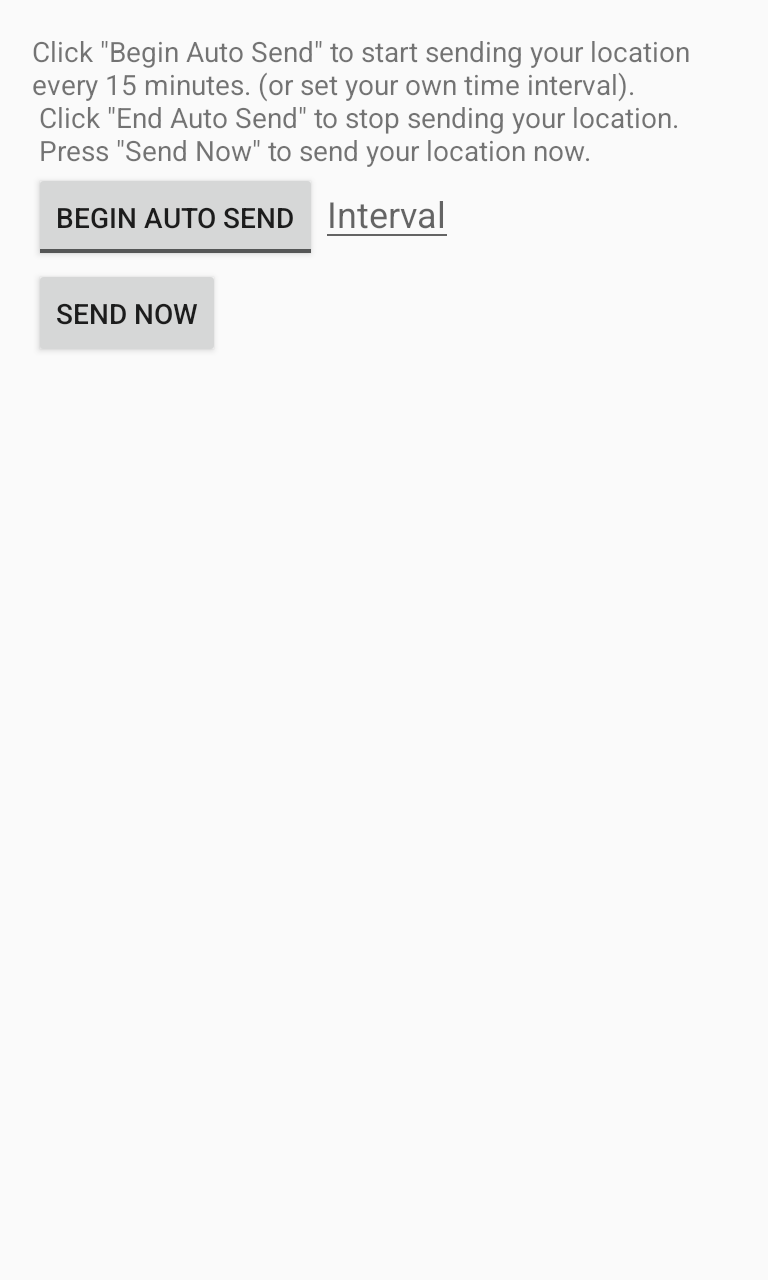
Repository: haidark/rahat
Layout: android/Rahat/res/layout/fragment_main.xml
The author's editor kept a copy of each file at every save. The layout is drawn from the files as they stood at one save, then again after the next save.
It is drawn on a 768 x 1280 px phone screen (xhdpi) without system bars, with theme AppTheme; the app's code is not run.

Above is the layout before, as saved 2014-05-02 04:07:18.

### android/Rahat/res/layout/fragment_main.xml
<LinearLayout xmlns:android="http://schemas.android.com/apk/res/android"
    xmlns:tools="http://schemas.android.com/tools"
    android:layout_width="match_parent"
    android:layout_height="match_parent"
    android:paddingBottom="@dimen/activity_vertical_margin"
    android:paddingLeft="@dimen/activity_horizontal_margin"
    android:paddingRight="@dimen/activity_horizontal_margin"
    android:paddingTop="@dimen/activity_vertical_margin"
    tools:context="com.example.rahat.MainActivity$PlaceholderFragment"
	android:orientation="vertical" >
    <TextView android:id="@+id/text_top"
	          android:layout_width="wrap_content"
	          android:layout_height="wrap_content"
	          android:text="@string/text_info" />

    <LinearLayout android:layout_width="wrap_content"
    			  android:layout_height="wrap_content"
    			  android:orientation="horizontal">

        <ToggleButton
            	android:id="@+id/togglebutton"
            	android:layout_width="wrap_content"
		        android:layout_height="wrap_content"
		        android:textOff="@string/button_start"
    			android:textOn="@string/button_stop"
		        android:onClick="toggleService" />

        <EditText android:id="@+id/edit_1"
        		  android:layout_width="wrap_content"
        		  android:layout_height="wrap_content"
        		  android:defaultValue="15"
        		  android:maxLength="2"
        		  android:inputType="number"
        		  android:hint="@string/edit_1" />

    </LinearLayout>

    <Button
        android:layout_width="wrap_content"
        android:layout_height="wrap_content"
        android:text="@string/button_send"
        android:onClick="sendLocation" />

    <ScrollView android:layout_width="fill_parent"
    			android:layout_height="wrap_content" >

	    <TextView android:id="@+id/text_1"
	        android:layout_width="wrap_content"
	        android:layout_height="wrap_content"
	        android:text="@string/text_scroll" />

	</ScrollView>

</LinearLayout>

### android/Rahat/res/values/strings.xml
<?xml version="1.0" encoding="utf-8"?>
<resources>

    <string name="app_name">Rahat</string>
    <string name="action_settings">Settings</string>
	<string name="edit_1">Interval</string>
	<string name="text_info">
	    Click \"Begin Auto Send\" to start sending your location every 15 minutes.
	    (or set your own time interval).\n
	    Click \"End Auto Send\" to stop sending your location.\n
	    Press \"Send Now\" to send your location now.
	    </string>
	<string name="text_scroll"></string>
	<string name="button_send">Send Now</string>
	<string name="button_start">Begin Auto Send</string>
	<string name="button_stop">End Auto Send</string>
	<string name="title_activity_main">MainActivity</string>
</resources>

Loaded but not shown: android/Rahat/res/values/styles.xml (common file); android/Rahat/res/values-v11/styles.xml (common file); android/Rahat/res/values-v14/styles.xml (common file); android/Rahat/res/values/dimens.xml (common file); android/Rahat/res/values-w820dp/dimens.xml (common file)

After the next save:
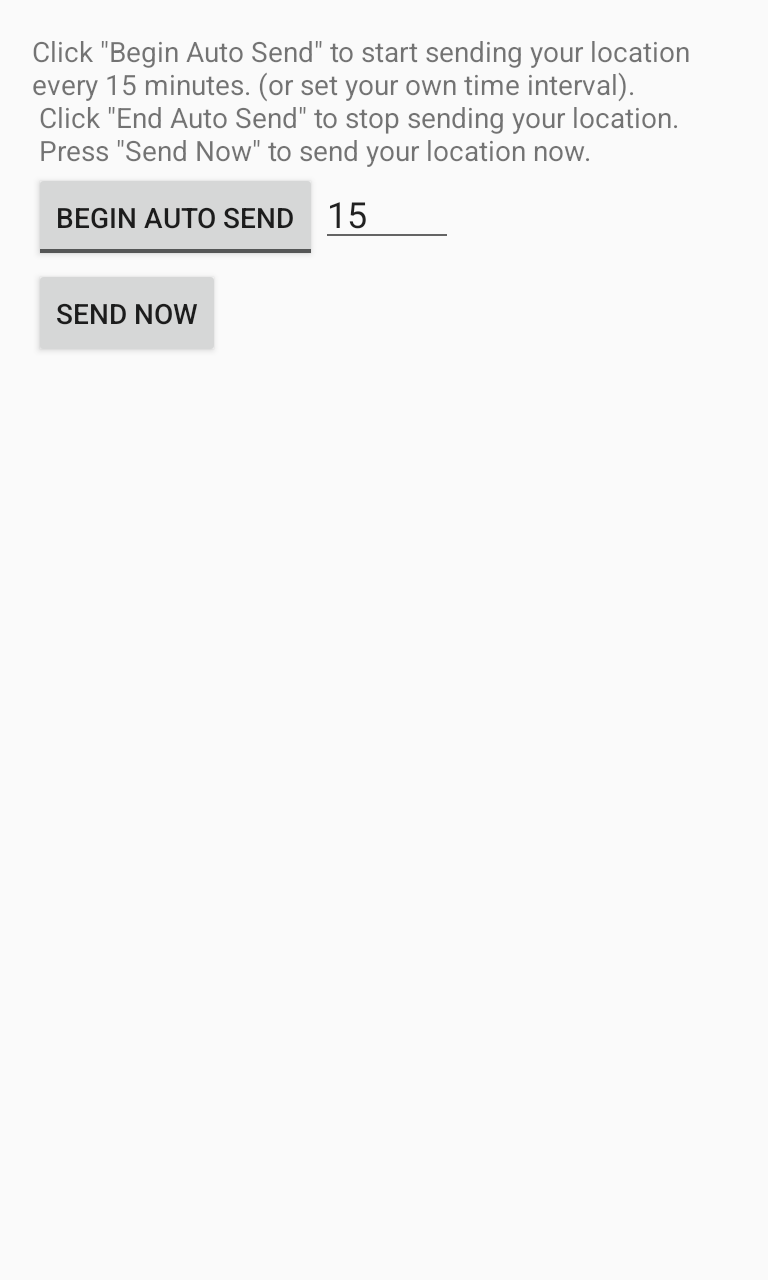
Saved 4 min 10 s later.
--- a/android/Rahat/res/layout/fragment_main.xml
+++ b/android/Rahat/res/layout/fragment_main.xml
@@ -28,7 +28,7 @@
         <EditText android:id="@+id/edit_1"
         		  android:layout_width="wrap_content"
         		  android:layout_height="wrap_content"
-        		  android:defaultValue="15"
+        		  android:text="15"
         		  android:maxLength="2"
         		  android:inputType="number"
         		  android:hint="@string/edit_1" />
